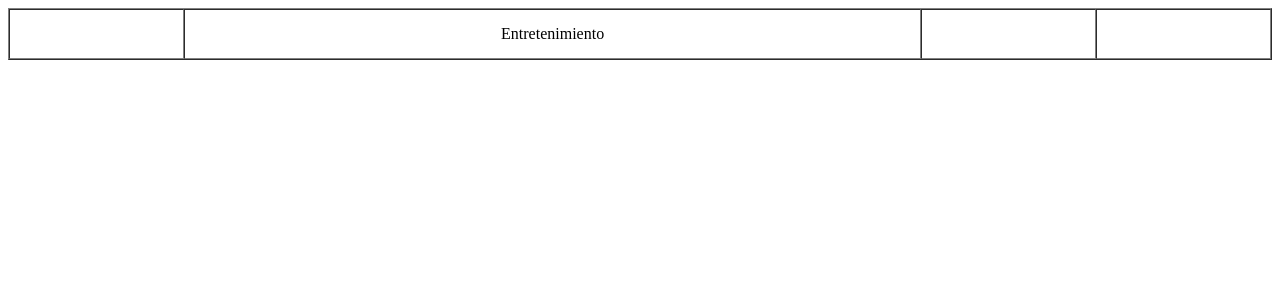
Repository: darlyn-saravia27/portafolio-darlynsaravia
Page: archivoshtml/tareas de html/index.html
The author's editor kept a copy of each file at every save. The page is drawn from the files as they stood at one save, then again after the next save.
The browser window is 1280 px wide. The pictures show the whole page.

Above is the page before, as saved 2023-03-04 00:23:34.

### archivoshtml/tareas de html/index.html
<!DOCTYPE html>
<html lang="en">
<head>
    <meta charset="UTF-8">
    <meta http-equiv="X-UA-Compatible" content="IE=edge">
    <meta name="viewport" content="width=device-width, initial-scale=1.0">
    <title>Document</title>
</head>
<body>
    <table align="center" border="1" cellspacing="0" cellpadding="15px" width="100%">
    <tr align="center">
        <td></td>
        <td align="rigth">Entretenimiento</td>
        <td></td>
        <td></td>

</body>
</html>

After the next save:
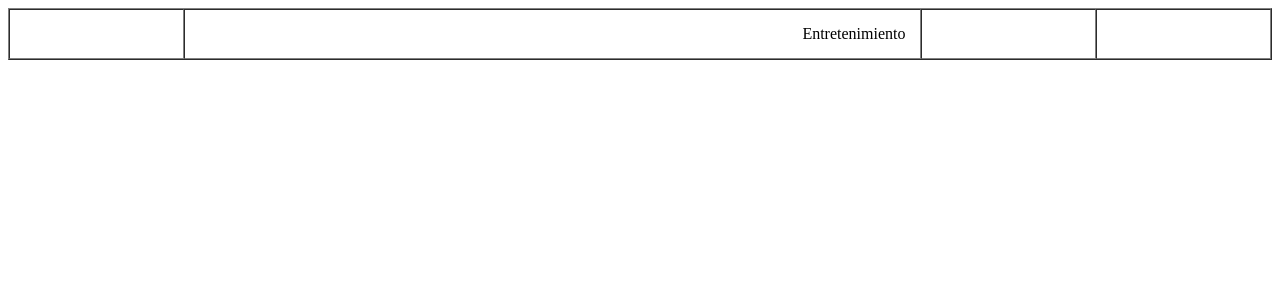
Saved 12 s later.
--- a/archivoshtml/tareas de html/index.html
+++ b/archivoshtml/tareas de html/index.html
@@ -10,7 +10,7 @@
     <table align="center" border="1" cellspacing="0" cellpadding="15px" width="100%">
     <tr align="center">
         <td></td>
-        <td align="rigth">Entretenimiento</td>
+        <td align="right">Entretenimiento</td>
         <td></td>
         <td></td>
 
